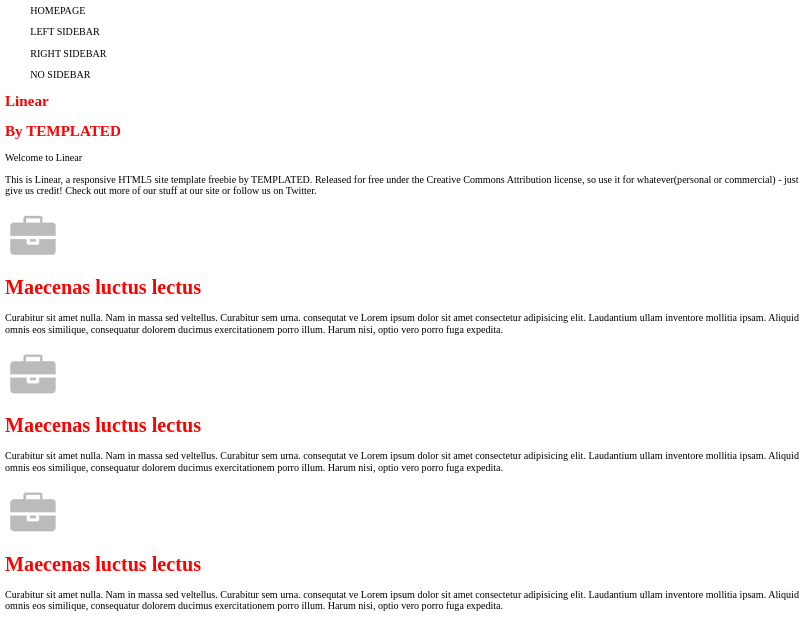
Repository: zhaojing/ThreeWeek
Page: week1.html
These files come from the project's save history. The page is drawn as it stood at one moment and after the next save; the edit follows.
The browser window is 1280 px wide. The pictures show the whole page, at 63% of full size.

Above is the page before, as saved 2018-04-24 18:04:23.

### week1.html
<html lang="en">
<head>
    <meta charset="UTF-8">
    <meta name="viewport" content="width=device-width, initial-scale=1.0">
    <meta http-equiv="X-UA-Compatible" content="ie=edge">
    <title>3 weeks 3 pages first week</title>
    <link href="./css/first-page.css" rel="stylesheet">
</head>
<body>
    <header>
        <nav>
            <ul>HOMEPAGE</ul>
            <ul>LEFT SIDEBAR</ul>
            <ul>RIGHT SIDEBAR</ul>
            <ul>NO SIDEBAR</ul>
        </nav>
        <section>
            <h1>Linear</h1>
            <h1>By TEMPLATED</h1>
        </section>
    </header>
    <div>
     <P>Welcome to Linear</P>
     <P>This is Linear, a responsive HTML5 site template freebie by TEMPLATED. Released for free under the Creative Commons Attribution license, so use it for whatever(personal or commercial) - just give us credit! Check out more of our stuff at our site or follow us on Twitter.</P>
    </div>
    <div>
        <div>
            <img src="images/icon1.png"/>
            <h1>Maecenas luctus lectus</h1>
            <P>Curabitur sit amet nulla. Nam in massa sed veltellus. Curabitur sem urna. consequtat ve Lorem ipsum dolor sit amet consectetur adipisicing elit. Laudantium ullam inventore mollitia ipsam. Aliquid omnis eos similique, consequatur dolorem ducimus exercitationem porro illum. Harum nisi, optio vero porro fuga expedita.</P>
        </div>
        <div>
                <img src="images/icon1.png"/>
                <h1>Maecenas luctus lectus</h1>
                <P>Curabitur sit amet nulla. Nam in massa sed veltellus. Curabitur sem urna. consequtat ve Lorem ipsum dolor sit amet consectetur adipisicing elit. Laudantium ullam inventore mollitia ipsam. Aliquid omnis eos similique, consequatur dolorem ducimus exercitationem porro illum. Harum nisi, optio vero porro fuga expedita.</P>
        </div>
        <div>
                <img src="images/icon1.png"/>
                <h1>Maecenas luctus lectus</h1>
                <P>Curabitur sit amet nulla. Nam in massa sed veltellus. Curabitur sem urna. consequtat ve Lorem ipsum dolor sit amet consectetur adipisicing elit. Laudantium ullam inventore mollitia ipsam. Aliquid omnis eos similique, consequatur dolorem ducimus exercitationem porro illum. Harum nisi, optio vero porro fuga expedita.</P>
        </div>


    </div>

</body>
</html>

Loaded but not shown: css/first-page.css (common file)

After the next save:
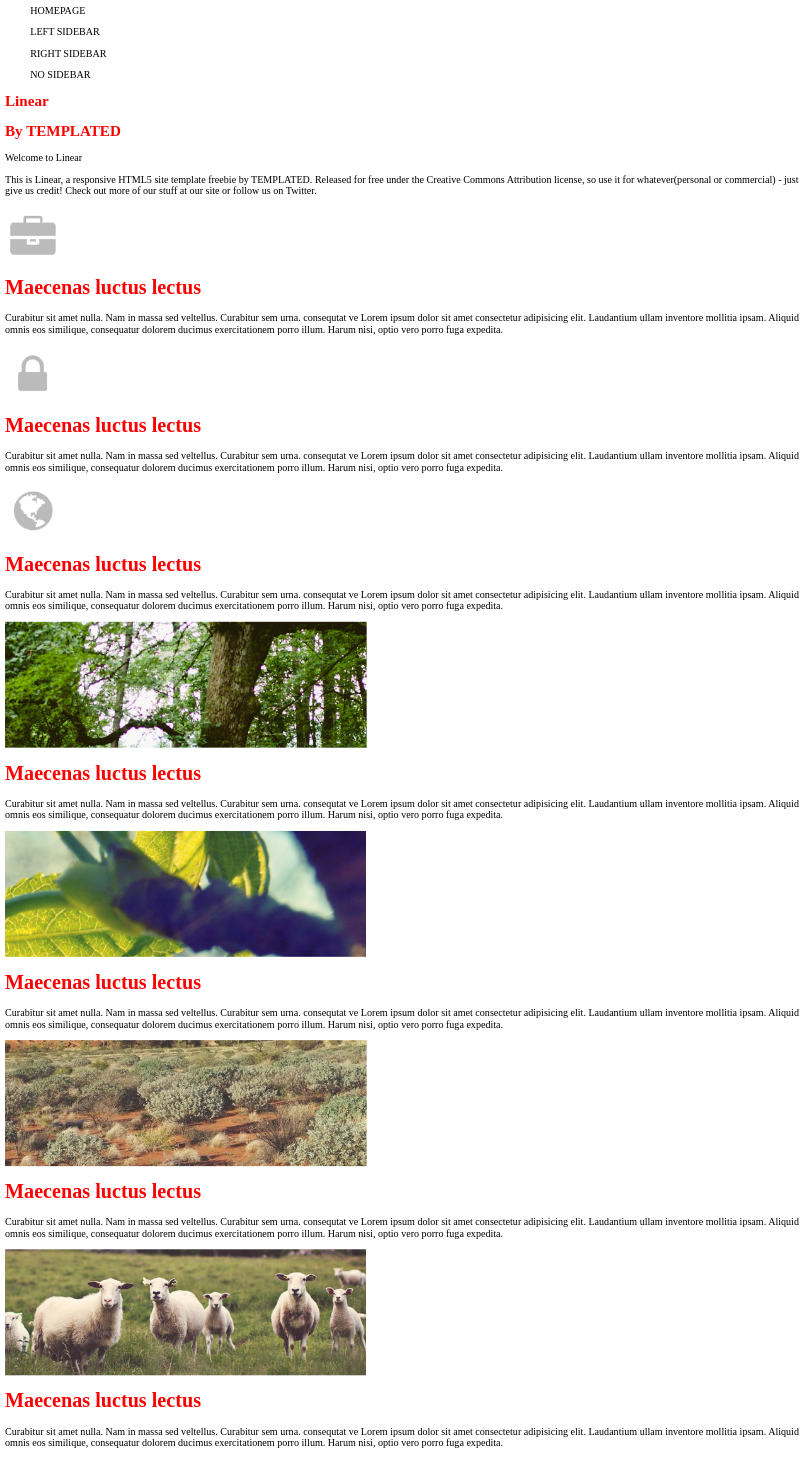
Saved 16 min 1 s later.
--- a/week1.html
+++ b/week1.html
@@ -1,4 +1,5 @@
 <html lang="en">
+
 <head>
     <meta charset="UTF-8">
     <meta name="viewport" content="width=device-width, initial-scale=1.0">
@@ -6,6 +7,7 @@
     <title>3 weeks 3 pages first week</title>
     <link href="./css/first-page.css" rel="stylesheet">
 </head>
+
 <body>
     <header>
         <nav>
@@ -20,28 +22,65 @@
         </section>
     </header>
     <div>
-     <P>Welcome to Linear</P>
-     <P>This is Linear, a responsive HTML5 site template freebie by TEMPLATED. Released for free under the Creative Commons Attribution license, so use it for whatever(personal or commercial) - just give us credit! Check out more of our stuff at our site or follow us on Twitter.</P>
+        <P>Welcome to Linear</P>
+        <P>This is Linear, a responsive HTML5 site template freebie by TEMPLATED. Released for free under the Creative Commons
+            Attribution license, so use it for whatever(personal or commercial) - just give us credit! Check out more of
+            our stuff at our site or follow us on Twitter.</P>
     </div>
     <div>
         <div>
-            <img src="images/icon1.png"/>
+            <img src="images/icon1.png" />
             <h1>Maecenas luctus lectus</h1>
-            <P>Curabitur sit amet nulla. Nam in massa sed veltellus. Curabitur sem urna. consequtat ve Lorem ipsum dolor sit amet consectetur adipisicing elit. Laudantium ullam inventore mollitia ipsam. Aliquid omnis eos similique, consequatur dolorem ducimus exercitationem porro illum. Harum nisi, optio vero porro fuga expedita.</P>
+            <P>Curabitur sit amet nulla. Nam in massa sed veltellus. Curabitur sem urna. consequtat ve Lorem ipsum dolor sit
+                amet consectetur adipisicing elit. Laudantium ullam inventore mollitia ipsam. Aliquid omnis eos similique,
+                consequatur dolorem ducimus exercitationem porro illum. Harum nisi, optio vero porro fuga expedita.</P>
         </div>
         <div>
-                <img src="images/icon1.png"/>
-                <h1>Maecenas luctus lectus</h1>
-                <P>Curabitur sit amet nulla. Nam in massa sed veltellus. Curabitur sem urna. consequtat ve Lorem ipsum dolor sit amet consectetur adipisicing elit. Laudantium ullam inventore mollitia ipsam. Aliquid omnis eos similique, consequatur dolorem ducimus exercitationem porro illum. Harum nisi, optio vero porro fuga expedita.</P>
+            <img src="images/icon2.png" />
+            <h1>Maecenas luctus lectus</h1>
+            <P>Curabitur sit amet nulla. Nam in massa sed veltellus. Curabitur sem urna. consequtat ve Lorem ipsum dolor sit
+                amet consectetur adipisicing elit. Laudantium ullam inventore mollitia ipsam. Aliquid omnis eos similique,
+                consequatur dolorem ducimus exercitationem porro illum. Harum nisi, optio vero porro fuga expedita.</P>
         </div>
         <div>
-                <img src="images/icon1.png"/>
-                <h1>Maecenas luctus lectus</h1>
-                <P>Curabitur sit amet nulla. Nam in massa sed veltellus. Curabitur sem urna. consequtat ve Lorem ipsum dolor sit amet consectetur adipisicing elit. Laudantium ullam inventore mollitia ipsam. Aliquid omnis eos similique, consequatur dolorem ducimus exercitationem porro illum. Harum nisi, optio vero porro fuga expedita.</P>
+            <img src="images/icon3.png" />
+            <h1>Maecenas luctus lectus</h1>
+            <P>Curabitur sit amet nulla. Nam in massa sed veltellus. Curabitur sem urna. consequtat ve Lorem ipsum dolor sit
+                amet consectetur adipisicing elit. Laudantium ullam inventore mollitia ipsam. Aliquid omnis eos similique,
+                consequatur dolorem ducimus exercitationem porro illum. Harum nisi, optio vero porro fuga expedita.</P>
         </div>
-
-
+    </div>
+    <div>
+        <div>
+            <img src="images/pic01.jpg" />
+            <h1>Maecenas luctus lectus</h1>
+            <P>Curabitur sit amet nulla. Nam in massa sed veltellus. Curabitur sem urna. consequtat ve Lorem ipsum dolor sit
+                amet consectetur adipisicing elit. Laudantium ullam inventore mollitia ipsam. Aliquid omnis eos similique,
+                consequatur dolorem ducimus exercitationem porro illum. Harum nisi, optio vero porro fuga expedita.</P>
+        </div>
+        <div>
+            <img src="images/pic02.jpg" />
+            <h1>Maecenas luctus lectus</h1>
+            <P>Curabitur sit amet nulla. Nam in massa sed veltellus. Curabitur sem urna. consequtat ve Lorem ipsum dolor sit
+                amet consectetur adipisicing elit. Laudantium ullam inventore mollitia ipsam. Aliquid omnis eos similique,
+                consequatur dolorem ducimus exercitationem porro illum. Harum nisi, optio vero porro fuga expedita.</P>
+        </div>
+        <div>
+            <img src="images/pic03.jpg" />
+            <h1>Maecenas luctus lectus</h1>
+            <P>Curabitur sit amet nulla. Nam in massa sed veltellus. Curabitur sem urna. consequtat ve Lorem ipsum dolor sit
+                amet consectetur adipisicing elit. Laudantium ullam inventore mollitia ipsam. Aliquid omnis eos similique,
+                consequatur dolorem ducimus exercitationem porro illum. Harum nisi, optio vero porro fuga expedita.</P>
+        </div>
+        <div>
+            <img src="images/pic04.jpg" />
+            <h1>Maecenas luctus lectus</h1>
+            <P>Curabitur sit amet nulla. Nam in massa sed veltellus. Curabitur sem urna. consequtat ve Lorem ipsum dolor sit
+                amet consectetur adipisicing elit. Laudantium ullam inventore mollitia ipsam. Aliquid omnis eos similique,
+                consequatur dolorem ducimus exercitationem porro illum. Harum nisi, optio vero porro fuga expedita.</P>
+        </div>
     </div>
 
 </body>
+
 </html>
